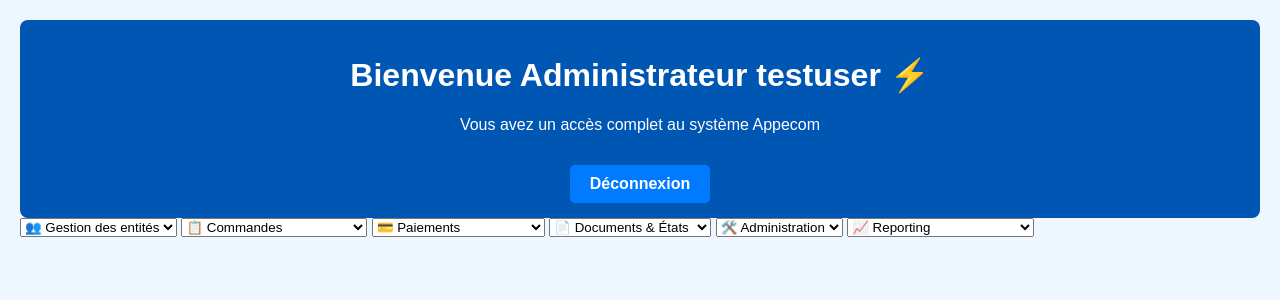
Repository: ROOSVELTTEUBOU/Projet-dev
Page: http://localhost/fonction_interne/dashboard_admin.php
These files come from the project's save history. The page is drawn as it stood at one moment and after the next save; the edit follows.
The browser window is 1280 px wide. The pictures show the whole page.
The page is run by PHP 8.4 with error messages shown; the project is at /var/www/html/. The session is filled in as if someone had signed in: {"id_utilisateur": 1, "user": "testuser"}. Other server files are loaded and not shown.

Above is the page before, as saved 2026-02-20 12:34:37.

### fonction_interne/dashboard_admin.php
<?php
session_start();
if (!isset($_SESSION['id_utilisateur'])) {
    header("Location: login_admin.php");
    exit();
}

// Vérification stricte du rôle
// if ($_SESSION['role'] !== 'Administrateur') {
//     header("Location: login_admin.php");
//     exit();
// }
?>

<!DOCTYPE html>
<html lang="fr">
<head>
  <meta charset="UTF-8">
  <title>Dashboard Administrateur</title>
  <style>
    body { font-family: Arial, sans-serif; background:#eef6ff; margin:0; padding:20px; }
    header { background:#0056b3; color:#fff; padding:15px; text-align:center; border-radius:8px; }
    .logout { display:inline-block; margin-top:15px; padding:10px 20px; background:#007bff; color:#fff; text-decoration:none; border-radius:5px; }
    .logout:hover { background:#003f7f; }
    main { margin-top:20px; }
    ul { list-style:none; padding:0; }
    li { margin:10px 0; }
    a { color:#0056b3; text-decoration:none; font-weight:bold; }
    a:hover { text-decoration:underline; }
  </style>
</head>
<body>
  <header>
    <h1>Bienvenue Administrateur <?php echo $_SESSION['user']; ?> ⚡</h1>
    <p>Vous avez un accès complet au système Appecom</p>
    <a href="logout.php" class="logout">Déconnexion</a>
  </header>

  <nav>
    <!-- Module 1 : Gestion des entités -->
    <div class="nav-left">
      <select onchange="window.location.href=this.value">
        <option value="">👥 Gestion des entités</option>
        <option value="produits.php">📦 Produits</option>
        <option value="familles.php">🧬 Familles</option>
        <option value="clients.php">🧑‍💼 Clients</option>
        <option value="fournisseurs.php">🏢 Fournisseurs</option>
        <option value="utilisateurs.php">🔐 Utilisateurs</option>
      </select>

      <!-- Module 2 : Gestion des commandes -->
      <select onchange="window.location.href=this.value">
        <option value="">📋 Commandes</option>
        <option value="commande_client.php">🛒 Commande Client</option>
        <option value="commande_fournisseur.php">🚚 Commande Fournisseur</option>
        <option value="approvisionnement.php">🔄 Approvisionnement</option>
      </select>

      <!-- Module 3 : Gestion des paiements -->
      <select onchange="window.location.href=this.value">
        <option value="">💳 Paiements</option>
        <option value="paiement_client.php">👛 Paiement Client</option>
        <option value="paiement_fournisseur.php">💼 Paiement Fournisseur</option>
      </select>

      <!-- Module 4 : Documents et états -->
      <select onchange="window.location.href=this.value">
        <option value="">📄 Documents & États</option>
        <option value="bon_commande.php">📝 Bon de commande</option>
        <option value="bon_livraison.php">📦 Bon de livraison</option>
        <option value="bon_reception.php">📥 Bon de réception</option>
        <option value="facture_client.php">🧾 Facture Client</option>
        <option value="facture_fournisseur.php">📃 Facture Fournisseur</option>
      </select>

      <!-- Module 5 : Administration -->
      <select onchange="window.location.href=this.value">
        <option value="">🛠️ Administration</option>
        <option value="roles.php">🔧 Rôles</option>
        <option value="droits.php">🛡️ Droits</option>
        <option value="logs.php">📚 Journalisation</option>
      </select>

      <!-- Module 7 : Reporting et statistiques -->
      <select onchange="window.location.href=this.value">
        <option value="">📈 Reporting</option>
        <option value="ventes_journalieres.php">📉 Ventes journalières</option>
        <option value="stats_produits.php">📊 Produits les plus vendus</option>
        <option value="stats_clients.php">👥 Clients actifs</option>
      </select>
    </div>
</body>
</html>

After the next save:
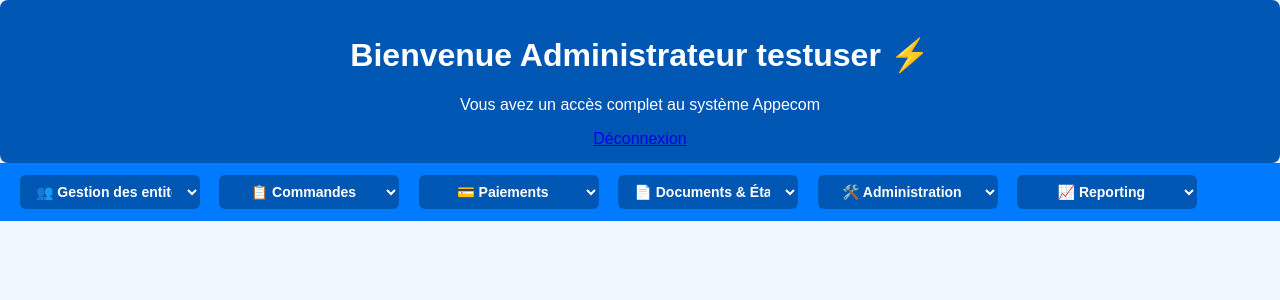
Saved 89 s later.
--- a/fonction_interne/dashboard_admin.php
+++ b/fonction_interne/dashboard_admin.php
@@ -18,15 +18,41 @@ if (!isset($_SESSION['id_utilisateur'])) {
   <meta charset="UTF-8">
   <title>Dashboard Administrateur</title>
   <style>
-    body { font-family: Arial, sans-serif; background:#eef6ff; margin:0; padding:20px; }
+    body {
+        font-family: Arial, sans-serif;
+        margin:0;
+        background:#f0f8ff;
+        color:#003366;
+    }
+
+    .slogan {
+        font-style:italic;
+        font-size:1.2em;
+        margin-top:10px;
+    }
+    nav {
+        background-color: #007bff;
+        padding: 12px 20px;
+        display: flex;
+        justify-content: space-between; /* Gauche = modules, Droite = logout */
+        align-items: center;
+        flex-wrap: wrap; /* Permet de passer en ligne suivante si écran petit */
+    }
+
+    nav select {
+        background-color: #0056b3;
+        color: #ffffff;
+        border: none;
+        border-radius: 6px;
+        padding: 8px 12px;
+        font-weight: 600;
+        font-size: 14px;
+        cursor: pointer;
+        margin-right: 15px;
+        width: 180px;
+        text-align: center;
+    }
     header { background:#0056b3; color:#fff; padding:15px; text-align:center; border-radius:8px; }
-    .logout { display:inline-block; margin-top:15px; padding:10px 20px; background:#007bff; color:#fff; text-decoration:none; border-radius:5px; }
-    .logout:hover { background:#003f7f; }
-    main { margin-top:20px; }
-    ul { list-style:none; padding:0; }
-    li { margin:10px 0; }
-    a { color:#0056b3; text-decoration:none; font-weight:bold; }
-    a:hover { text-decoration:underline; }
   </style>
 </head>
 <body>
